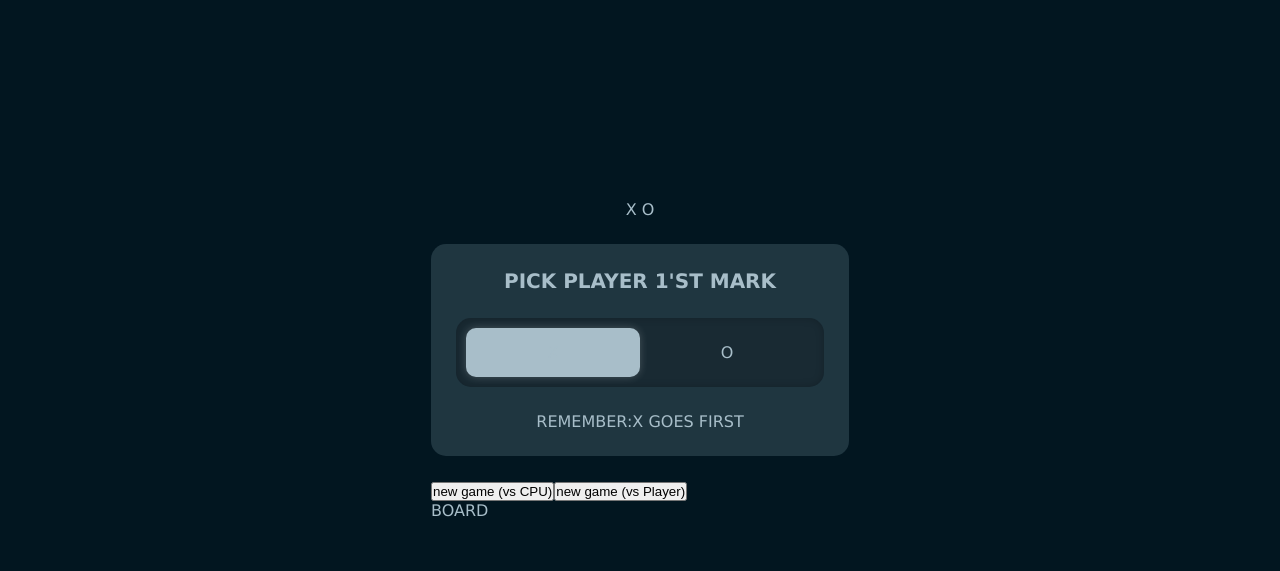
Repository: SD-Mdouka/XO_GAME
Page: /
These files come from the project's save history. The page is drawn as it stood at one moment and after the next save; the edit follows.
The browser window is 1280 px wide. The pictures show the whole page.
The project was rebuilt for these pictures with package versions that can differ from the ones it lists, and the page was loaded fresh each time.

Above is the page before, as saved 2022-08-29 14:33:01.

### src/index.css
* {
    padding: 0;
    margin: 0;
    box-sizing: border-box;
}

:root {
    --color-bg-dark: #192a33;
    --color-bg-light: #1f3640;
    --color-gray: #a8bec9;
    --color-gray-dark: #7a8991;
    --color-yellow: #f2b238;
    --color-yellow-dark: #cd8d16;
    --color-blue: #30c4be;
    --color-blue-dark: #128c89;
}

html {
    font-family: "Lucida Sans", "Lucida Sans Regular", "Lucida Grande", "Lucida Sans Unicode", Geneva, Verdana, sans-serif;
    text-transform: uppercase;
    font-size: 16px;
}

body {
    background-color: var(--color-bg-dark);
    color: var(--color-gray);
}

.App {
    background-color: #021620;
    min-height: 100vh;
    display: flex;
    align-items: center;
    justify-content: center;
}

.container {
    max-width: 450px;
    width: 100%;
    margin-inline: auto;
    padding: 2rem 1rem;
}


/*utilites*/

.card {
    padding: 25px;
    display: flex;
    flex-direction: column;
    gap: 25px;
    border-radius: 15px;
    background-color: var(--color-bg-light);
    -webkit-border-radius: 15px;
    -moz-border-radius: 15px;
    -ms-border-radius: 15px;
    -o-border-radius: 15px;
    text-align: center;
}

.text-lg {
    font-size: 1.25rem;
}

.text-xl {
    font-size: 1.5rem;
}

.text-2xl {
    font-size: 1.725rem;
}

.text-light {
    color: var(--color-gray);
}

.text-blue {
    color: var(--color-blue);
}

.text-yellow {
    color: var(--color-yellow);
}


/* Sarte */

.start {
    display: flex;
    flex-direction: column;
    gap: 25px;
}

.start__header {
    display: flex;
    align-items: center;
    justify-content: center;
}

.start__players {
    background-color: var(--color-bg-dark);
    padding: 10px;
    border-radius: 15px;
    -webkit-border-radius: 15px;
    -moz-border-radius: 15px;
    -ms-border-radius: 15px;
    -o-border-radius: 15px;
    display: flex;
    align-items: center;
    box-shadow: inset 0 0 8px rgba(0, 0, 0, 0.2);
}

.start__players span {
    width: 50%;
    display: flex;
    align-items: center;
    justify-content: center;
    padding: 15px 10px;
    border-radius: 10px;
    -webkit-border-radius: 10px;
    -moz-border-radius: 10px;
    -ms-border-radius: 10px;
    -o-border-radius: 10px;
    cursor: pointer;
}

.start__players--active {
    background-color: var(--color-gray);
    box-shadow: 0 0 8px rgba(255, 255, 255, 0.2);
}

.start__btns {
    display: flex;
    flex-direction: column;
    gap: 12px;
}

### src/App.js
import Board from "./component/board/Board";
import Start from "./component/start/Start";

function App() {
  return (
    <div className="App">
      <div className="container">
        <Start />
        <Board />
      </div>
    </div>
  );
}

export default App;

### src/component/start/Start.js
import React from "react";

const Start = () => {
  return (
    <div className="start">
      <div className="start__header">x o</div>
      <div className="card shadow-gray">
        <h1 className="text-lg">Pick Player 1'st mark</h1>
        <div className="start__players">
          <span className="start__players--active">x</span>
          <span>o</span>
        </div>
        <p className="text-light">remember:x goes first</p>
      </div>
      <div className="Start__btns">
        <button className="btn btn-yellow">new game (vs CPU)</button>
        <button className="btn btn-blue">new game (vs Player)</button>
      </div>
    </div>
  );
};

export default Start;

Loaded but not shown: public/index.html (common file); src/index.js (common file); src/component/board/Board.js (common file)

After the next save:
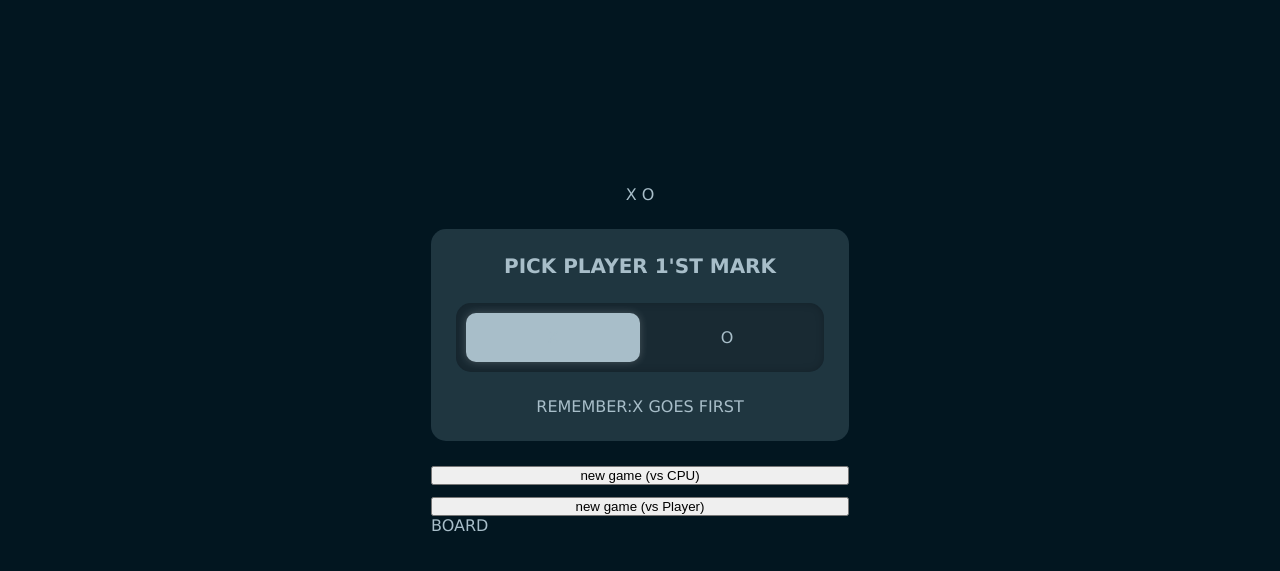
Saved 29 s later.
--- a/src/component/start/Start.js
+++ b/src/component/start/Start.js
@@ -12,7 +12,7 @@ const Start = () => {
         </div>
         <p className="text-light">remember:x goes first</p>
       </div>
-      <div className="Start__btns">
+      <div className="start__btns">
         <button className="btn btn-yellow">new game (vs CPU)</button>
         <button className="btn btn-blue">new game (vs Player)</button>
       </div>
